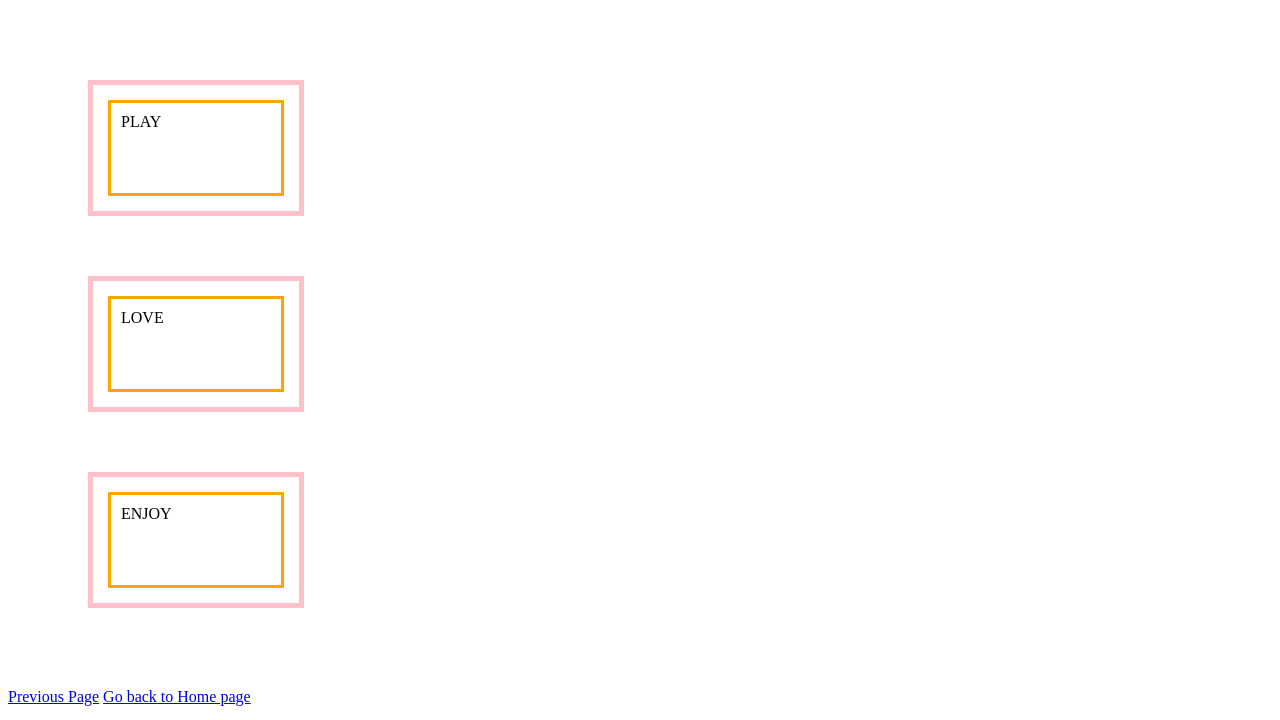
Repository: hyereechoi/hyereechoi.github.io
Page: h2.html
The author's editor kept a record of every edit. The page is drawn from the files as they stood at one moment, then again after the next edit.
The browser window is 1280 px wide. The pictures show the whole page.

Above is the page before.

After the next edit:
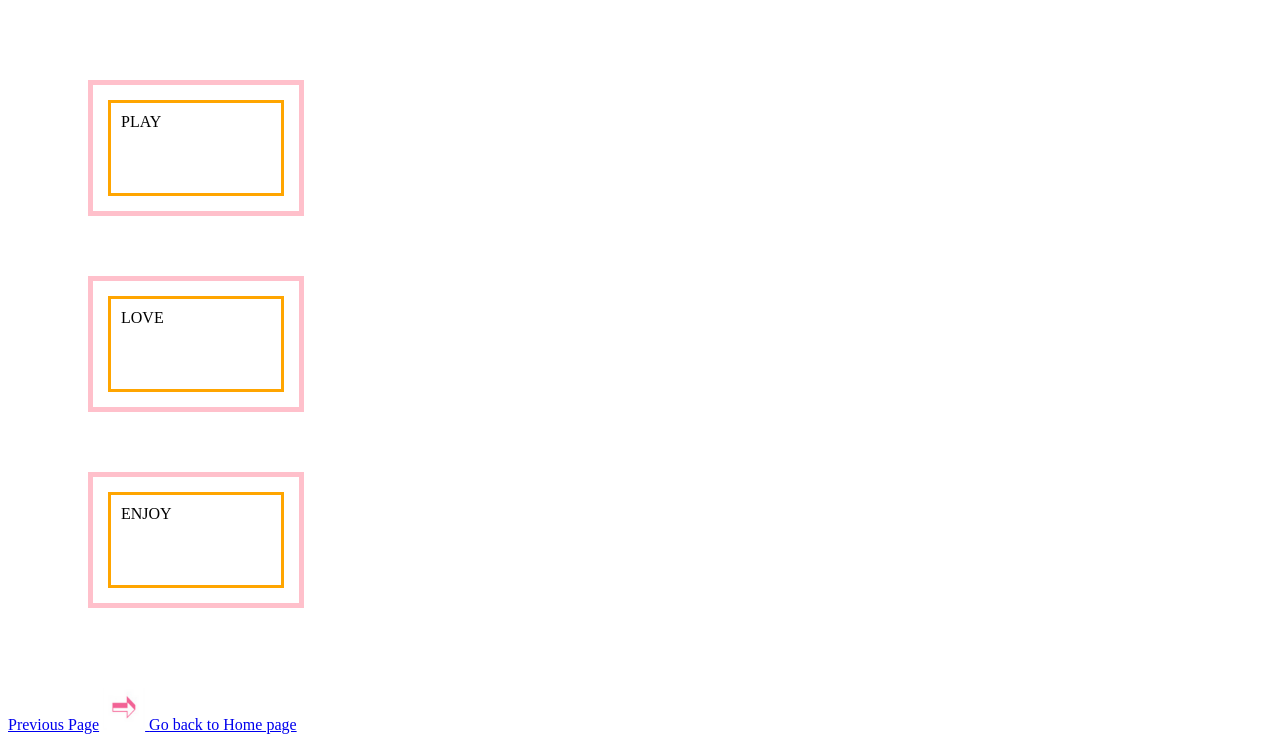
The edit:
--- a/h2.html
+++ b/h2.html
@@ -53,7 +53,13 @@
 <div>ENJOY </div>
 
 
-<a href="page2.html">Previous Page</a>
+<a href="h1.html">Previous Page</a>
+
+<a href="default.asp">
+<img src="next.jpg" alt="h3.html" style="width:42px;height:42px;border:0">
+</a>
+
+
 <a href="index.html">Go back to Home page</a>
 
 
